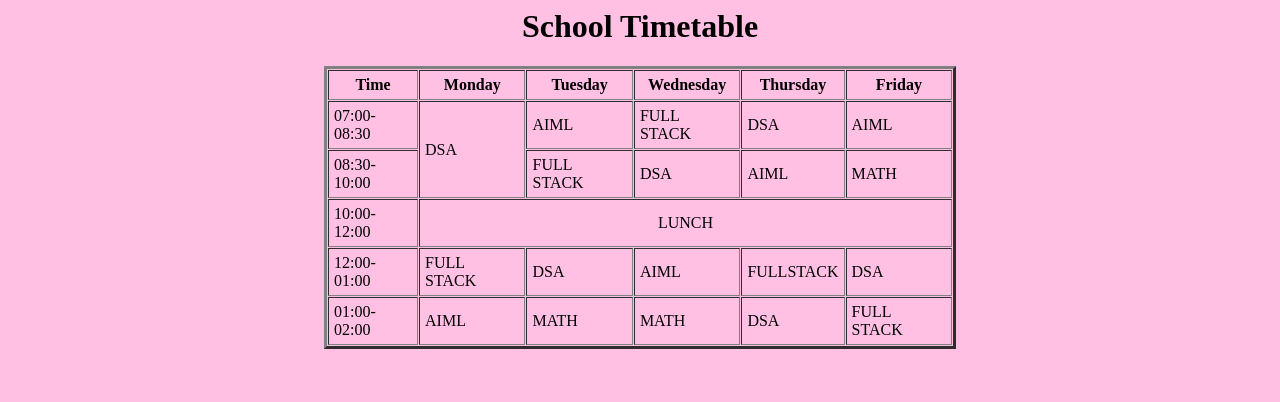
Repository: AdityaTech-Pro/FullStackWithBridgelabz
Page: Assignment2/table/index.html
An editor plug-in stored every save of this project. The page is shown before and after the next save, followed by the edit.
The browser window is 1280 px wide. The pictures show the whole page.

Above is the page before, as saved 2025-10-15 08:32:35.

### Assignment2/table/index.html
<html>

<head>
    <style>
        body {
            background-color: rgb(255, 192, 228);
        }

        h1 {
            text-align: center;
        }

        .center {
            display: block;
            margin-left: auto;
            margin-right: auto;
            width: 50%;
        }
    </style>

    <tital>
        <h1>School Timetable</h1>
    </tital>


</head>

<body>


    <table border="3" cellspacing="1" cellpadding="5" class="center">
        <tr>
            <th>Time</th>
            <th>Monday</th>
            <th>Tuesday</th>
            <th>Wednesday</th>
            <th>Thursday</th>
            <th>Friday</th>
        </tr>
        <tr>
            <td>07:00-08:30</td>
            <td rowspan="2">DSA</td>
            <td>AIML</td>
            <td>FULL STACK</td>
            <td>DSA</td>
            <td>AIML</td>
        </tr>
        <tr>
            <td>08:30-10:00</td>
            <!--<td>DSA</td>-->
            <td>FULL STACK</td>
            <td>DSA</td>
            <td>AIML</td>
            <td>MATH</td>
        </tr>
        <tr>
            <td>10:00-12:00</td>
            <td colspan="5">
                <center>LUNCH</center>
            </td>
            <!--<td>LUNCH</td>
            <td>LUNCH</td>
            <td>LUNCH</td>
            <td>LUNCH</td>-->
        </tr>
        <tr>
            <td>12:00-01:00</td>
            <td>FULL STACK</td>
            <td>DSA</td>
            <td>AIML</td>
            <td>FULLSTACK</td>
            <td>DSA</td>
        </tr>
        <tr>
            <td>01:00-02:00</td>
            <td>AIML</td>
            <td>MATH</td>
            <td>MATH</td>
            <td>DSA</td>
            <td>FULL STACK</td>
        </tr>




    </table>
</body>

</html>

After the next save:
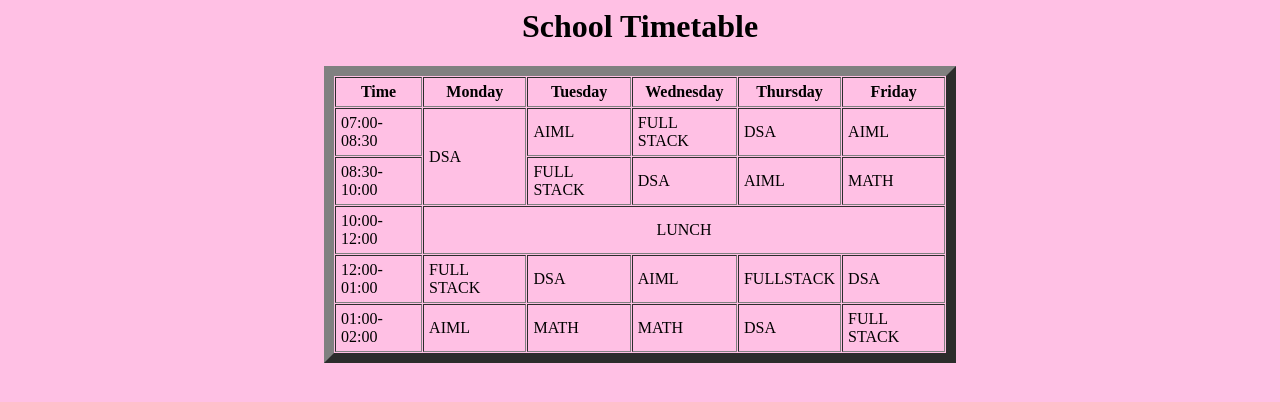
Saved 16 s later.
--- a/Assignment2/table/index.html
+++ b/Assignment2/table/index.html
@@ -28,7 +28,7 @@
 <body>
 
 
-    <table border="3" cellspacing="1" cellpadding="5" class="center">
+    <table border="10" cellspacing="1" cellpadding="5" class="center">
         <tr>
             <th>Time</th>
             <th>Monday</th>
